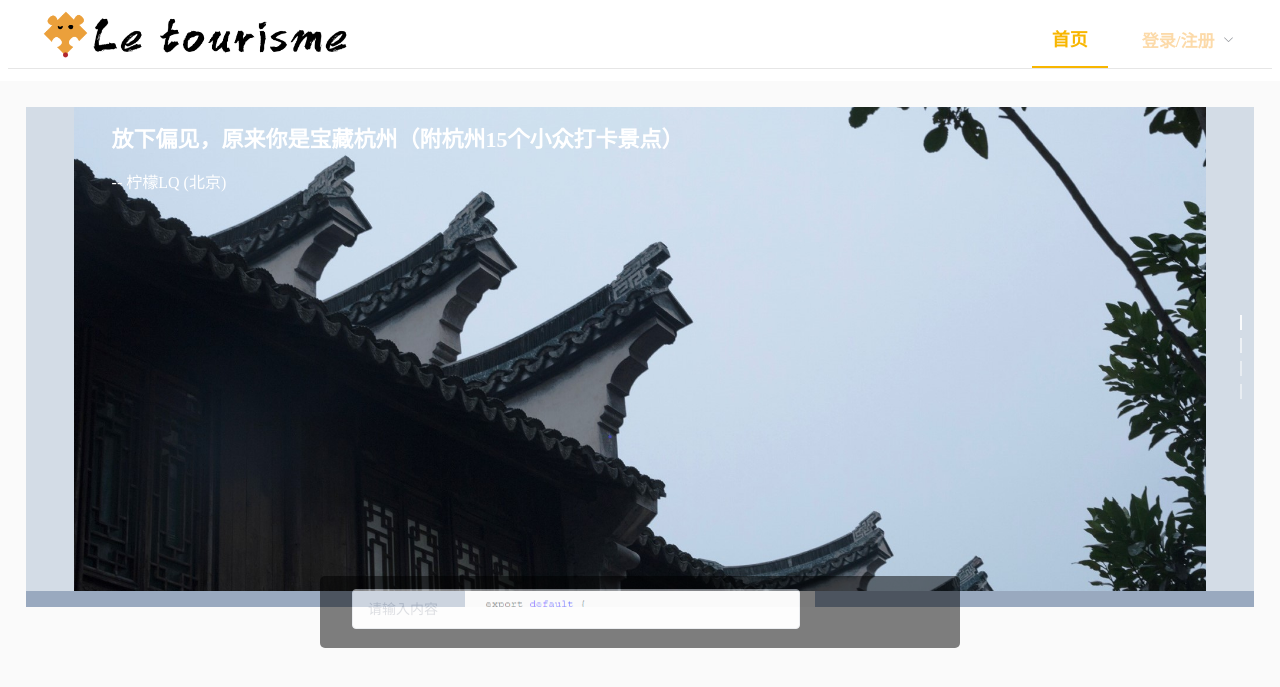
Repository: linxuerou0129/2020.08.31
Page: /
An editor plug-in stored every save of this project. The page is shown before and after the next save, followed by the edit.
The browser window is 1280 px wide. The pictures show the whole page.
The page's requests for data from a server got no answer. The project was rebuilt for these pictures with package versions that can differ from the ones it lists, and the page was loaded fresh each time. No one was signed in, and anything a server would have sent is missing.

Above is the page before, as saved 2020-09-01 01:10:01.

### src/main.js

import ElementUI from 'element-ui' //新添加
import '../theme/index.css' //新添加，避免后期打包样式不同，要放在import App from './App';之前

import Vue from 'vue'
import App from './App.vue'
import router from './router'

Vue.use(ElementUI)   //新添加

import axios from 'axios'
axios.defaults.withCredentials = true;

Vue.config.productionTip = false

new Vue({
  router,
  render: h => h(App)
}).$mount('#app')

import VDistpicker from 'v-distpicker'
Vue.component('v-distpicker', VDistpicker);

### src/App.vue
<template>
<div id="app">
<el-menu :default-active="$route.path" class="el-menu-demo" mode="horizontal" @select="handleSelect" text-color="#FCDAA9" active-text-color="#f8b600" router>
  <img src="./assets/logo.png" width="55" class="logo">
  <img src="./assets/tittle.png" width="270">
  <el-menu-item index="/" class="head1"><strong>首页</strong></el-menu-item>
  <el-submenu class="head3" v-if="login" index="/Edit">
    <template slot="title">
      <el-avatar :src="circleUrl"></el-avatar>
    </template>
    <el-menu-item index="/Edit">
      我的设置
    </el-menu-item>
    <el-menu-item index="/Publish">
      发布游记
    </el-menu-item>
    <el-menu-item index="/Published">
      个人中心
    </el-menu-item>
    <el-menu-item index="/MyCollect">
      我的收藏
    </el-menu-item>
    <el-menu-item index="/Message">
      消息中心
    </el-menu-item>
    <el-menu-item  @click="logout">
      退出
    </el-menu-item>
  </el-submenu>
  <el-submenu v-if="!login"  class="head4" index=1>
    <template slot="title">
      <strong>登录/注册</strong>
    </template>
    <el-menu-item @click="dialogFormVisible = true">
      注册
    </el-menu-item>
    <el-menu-item @click="loginFormShow = true">
      登录
    </el-menu-item>
  </el-submenu>
</el-menu>
<router-view></router-view>
<el-dialog title="注册" :visible.sync="dialogFormVisible">
  <el-form :model="formZhuce"  ref="formZhuce" status-icon :rules="rules">
    <el-form-item
      prop="email"
      label="邮箱"
      :rules="[
        { required: true, message: '请输入邮箱地址', trigger: 'blur' },
        { type: 'email', message: '请输入正确的邮箱地址', trigger: ['blur', 'change'] }
      ]"
    >
      <el-input v-model="formZhuce.email"></el-input>
      <el-button size="mini" @click="submitEmail" round>获取验证码</el-button>
    </el-form-item>
    <el-form-item label="验证码" prop="check">
      <el-input v-model="formZhuce.check"></el-input>
    </el-form-item>
    <el-form-item label="用户昵称" prop="name">
      <el-input v-model="formZhuce.name"></el-input>
    </el-form-item>
    <el-form-item label="密码" prop="pass">
      <el-input type="password" v-model="formZhuce.pass" autocomplete="off"></el-input>
    </el-form-item>
    <el-form-item label="确认密码" prop="checkPass">
      <el-input type="password" v-model="formZhuce.checkPass" autocomplete="off"></el-input>
    </el-form-item>
    <el-form-item>
      <el-button type="primary" @click="submitForm('formZhuce')">注册</el-button>
      <el-button @click="dialogFormVisible = false">取消</el-button>
    </el-form-item>
  </el-form>
</el-dialog>
<el-dialog title="登录" :visible.sync="loginFormShow">
  <el-form :model="formLogin"  ref="formLogin" status-icon :rules="rules">
    <el-form-item
      prop="email"
      label="邮箱"
      :rules="[
        { required: true, message: '请输入邮箱地址', trigger: 'blur' },
        { type: 'email', message: '请输入正确的邮箱地址', trigger: ['blur', 'change'] }
      ]"
    >
      <el-input v-model="formLogin.email"></el-input>
    </el-form-item>
    <el-form-item label="密码" prop="pass">
      <el-input type="password" v-model="formLogin.pass" autocomplete="off"></el-input>
    </el-form-item>
    <el-form-item>
      <a href="/Forget">忘记密码</a>
    </el-form-item>
    <el-form-item>
      <el-button type="primary" @click="loginIt('formLogin')">登录</el-button>
      <el-button @click="loginFormShow= false">取消</el-button>
    </el-form-item>
  </el-form>
</el-dialog>
</div>
</template>
<style>
    .el-menu--horizontal>.el-submenu .el-submenu__title {
        font-size: 17px;
    }
</style>
<style scoped>
.avatar-uploader {
    border: 1px dashed black;
    border-radius: 6px;
    cursor: pointer;
    position: relative;
    overflow: hidden;
    width: 178px;
    height: 178px;
  }
  .avatar-uploader-icon {
    font-size: 28px;
    color: #8c939d;
    width: 178px;
    height: 178px;
    line-height: 178px;
    text-align: center;
  }
  .avatar {
    width: 178px;
    height: 178px;
    display: block;
  }
.logo{
  position: fixed;
  top: 1%;
  left: 3%;
}
.head1{
  position: relative;
  left: 81%;
  font-size: 18px;
}
.head3{
  position: fixed;
  right:4.5%;
  top: 1.3%;
  font-size: 18px;
}
.head4{
  position: fixed;
  right: 2%;
  top: 1.5%;
  font-size: 18px!important;
}
</style>

<script>
import { Message } from 'element-ui';
import axios from 'axios'
export default {
    data() {
       var validatePass = (rule, value, callback) => {
        if (value === '') {
          callback(new Error('请输入密码'));
        } else {
          if (this.formZhuce.checkPass !== '') {
            this.$refs.formZhuce.validateField('checkPass');
          }
          callback();
        }
      };
      var validatePass2 = (rule, value, callback) => {
        if (value === '') {
          callback(new Error('请再次输入密码'));
        } else if (value !== this.formZhuce.pass) {
          callback(new Error('两次输入密码不一致!'));
        } else {
          callback();
        }
      };
      return {
        circleUrl: "http://106.75.157.168:5657/api/static/touxiang.png",
        activeIndex: '1',
        activeIndex2: '1',
        login:false,
        dialogFormVisible:false,
        loginFormShow:false,
        setFormShow:false,
        formZhuce: {
          email:'',
          pass:'',
          checkPass:'',
          name:'',
          check:''
        },
        formLogin:{
          email:'',
          pass:''
        },
        imageUrl: '',
        rules: {
          pass: [
            { validator: validatePass, trigger: 'blur' }
          ],
          checkPass: [
            { validator: validatePass2, trigger: 'blur' }
          ],
          check:[
            { required: true, message: '请输入验证码', trigger: 'blur'},
            { min: 4, max: 4, message: '长度为4个字符', trigger: 'blur' }
          ],
          name:[
            { required: true, message: '请输入用户昵称', trigger: 'blur' },
            { min: 4, max: 16, message: '长度在 4 到 16 个字符', trigger: 'blur' }
          ],
        }
      };
    },
    methods: {
      handleSelect(key, keyPath) {
        console.log(key, keyPath);
      },
      submitForm(formName) {
        this.$refs[formName].validate((valid) => {
          if (valid) {
              axios.post('http://106.75.157.168:5657/api/register', {
                register_email: this.formZhuce.email,
                register_name:this.formZhuce.name,
                register_password:this.formZhuce.pass,
                register_code:this.formZhuce.check
              })
            .then((response) =>{
              console.log(response.data);
              if(response.data.status=="success"){
                this.dialogFormVisible = false;
                Message.success('注册成功');
              }
              else{
                Message.error(response.data.status)
              }
            })
            .catch(function (error) {
              console.log(error);
            });
          }
          else {
            console.log('error submit!!');
            return false;
          }
        });
      },
      submitEmail(){
        var reg = /^[a-zA-Z0-9]+@[a-z0-9]{2,5}\.[a-z]{2,3}(\.[a-z]{2,3})?$/;
        var result = reg.test(this.formZhuce.email);
        if(this.formZhuce.email==''){
          this.$message({
                    message: '邮箱不可为空',
                    type: 'warning'
                });
        }
        else if(!result){
          this.$message({
                    message: '邮箱输入有误',
                    type: 'warning'
                });
        }
        else{
          axios.post('http://106.75.157.168:5657/api/send_email', {
              email: this.formZhuce.email,
              type:6
            })
          .then((response)=> {
            console.log(response.data);
            Message.success('发送成功，请注意查收')
          })
          .catch(function (error) {
            console.log(error);
          });
        }
      },
      loginIt(formName) {
        this.$refs[formName].validate((valid) => {
          if (valid) {
            axios.post('http://106.75.157.168:5657/api/login_user', {
                login_id: this.formLogin.email,
                login_password:this.formLogin.pass
              })
            .then((response) =>{
              console.log(response.data);
              if(response.data.status=="success"){
                this.loginFormShow=false;
                this.login=true;
                Message.success('登录成功');
                location.href="/";
              }
              else{
                Message.error('登录失败，请重新登录');
              }
            })
            .catch(function (error) {
              console.log(error);
            });
          }
          else {
            console.log('error submit!!');
            return false;
          }
        });
      },
      logout(){
        axios.get('http://106.75.157.168:5657/api/logout_user')
            .then((response)=>{
              console.log(response.data);
              this.login=false;
              location.href="/";
              Message.success('退出成功');
            })
            .catch(function(error){
                console.log(error);
            });
      },
    },
    watch:{
      login:function(val,oldVal){
           if(val==true){
             axios({
              url:'http://106.75.157.168:5657/api/getinfo2',
	            method: 'get'
            })
            .then((response)=>{
                 console.log(response.data);
                this.circleUrl="http://106.75.157.168:5657/api"+response.data.头像;
            })
            .catch(function(error){
                console.log(error);
            });
           }
        }
    },
    mounted(){
      axios({
            url:'http://106.75.157.168:5657/api/getinfo2',
	            method: 'get'
            })
            .then((response)=>{
                 console.log(response.data);
                this.login=true
                this.circleUrl="http://106.75.157.168:5657/api"+response.data.头像;
                console.log("http://106.75.157.168:5657/api"+response.data.头像)
            })
            .catch(function(error){
                console.log(error);
            });
    }
  }
</script>

### src/router/index.js
import Vue from 'vue'
import VueRouter from 'vue-router'
import Home from '../views/Home.vue'

Vue.use(VueRouter)

  const routes = [
  {
    path: '/',
    name: 'Home',
    component: Home
  },
  {
    path: '/Edit',
    name: 'Edit',
    component: () => import(/* webpackChunkName: "about" */ '../views/Edit.vue')
  },
  {
    path: '/Published',
    name: 'Published',
    component: () => import(/* webpackChunkName: "about" */ '../views/Published.vue')
  },
  {
    path: '/MyCollect',
    name: 'MyCollect',
    component: () => import(/* webpackChunkName: "about" */ '../views/MyCollect.vue')
  },
  {
    path: '/Message',
    name: 'Message',
    component: () => import(/* webpackChunkName: "about" */ '../views/Message.vue')
  },
  {
    path: '/Forget',
    name: 'Forget',
    component: () => import(/* webpackChunkName: "about" */ '../views/Forget.vue')
  },
  {
    path: '/Publish',
    name: 'Publish',
    component: () => import(/* webpackChunkName: "about" */ '../views/Publish.vue')
  },
  {
    path: '/Show',
    name: 'Show',
    component: () => import(/* webpackChunkName: "about" */ '../views/Show.vue')
  },
  {
    path: '/Search',
    name: 'Search',
    component: () => import(/* webpackChunkName: "about" */ '../views/Search.vue')
  },
]

const router = new VueRouter({
  mode: 'history',
  base: process.env.BASE_URL,
  routes
})

export default router

### src/views/Home.vue
<template>
  <div class="content">
    <div class="carousel">
      <el-carousel :interval="5000" direction="vertical" height="500px">
      <el-carousel-item>
        <div class="head">
          <strong>放下偏见，原来你是宝藏杭州（附杭州15个小众打卡景点）</strong>
          <p style="font-size: 16px;">-- 柠檬LQ (北京) </p>
        </div>
        <img class="photo" src="../assets/test1.jpg">
      </el-carousel-item>
      <el-carousel-item>
        <img class="photo" src="../assets/1.png">
      </el-carousel-item>
      <el-carousel-item>
      </el-carousel-item>
      <el-carousel-item>
      </el-carousel-item>
    </el-carousel>
    </div>
    <div class="search">
      <el-input
        placeholder="请输入内容"
        v-model="input"
        clearable class="input">
        <el-button type="primary" icon="el-icon-search"></el-button>
      </el-input>
    </div>
  </div>
</template>

<script>
// @ is an alias to /src
export default {
  data(){
        return{
            input:''
        }
    },
}
</script>

<style scoped>
.input{
  width: 70%;
  left: 5%;
  top: 18%;
}
.search{
  position:fixed;
  height: 10%;
  width: 50%;
  background-color: black;
  z-index: 9999;
  opacity: 50%;
  top: 80%;
  left: 25%;
  border-radius: 5px;
   display: -webkit-flex; /* Safari */
  display: flex;
    flex-direction: row;
}
.photo{
  z-index: 9;
  width: auto;
  height: 100%;
  display: table;
            margin: 0 auto;
}
.head{
  z-index: 999;
    position: absolute;
  color: white;
  font-size: 22px;
  left: 7%;
  top: 6%;
}
.carousel{
  position: relative;
  top: 4%;
  width: 96%;
  left: 2%;
  z-index: 9;
}
.content{
    width: 100%;
   top: 11.3%;

    bottom:0;

    position:fixed;

    overflow-y:scroll;

    overflow-x:hidden;
  right: 0;
  background-color:#FAFAFA;
}
.el-carousel__item h3 {
    color: #475669;
    font-size: 18px;
    opacity: 0.75;
    line-height: 300px;
    margin: 0;
  }
  .el-carousel__item:nth-child(2n) {
    background-color: #99a9bf;
  }

  .el-carousel__item:nth-child(2n+1) {
    background-color: #d3dce6;
  }
</style>

Loaded but not shown: public/index.html (common file); theme/index.css (library)

After the next save:
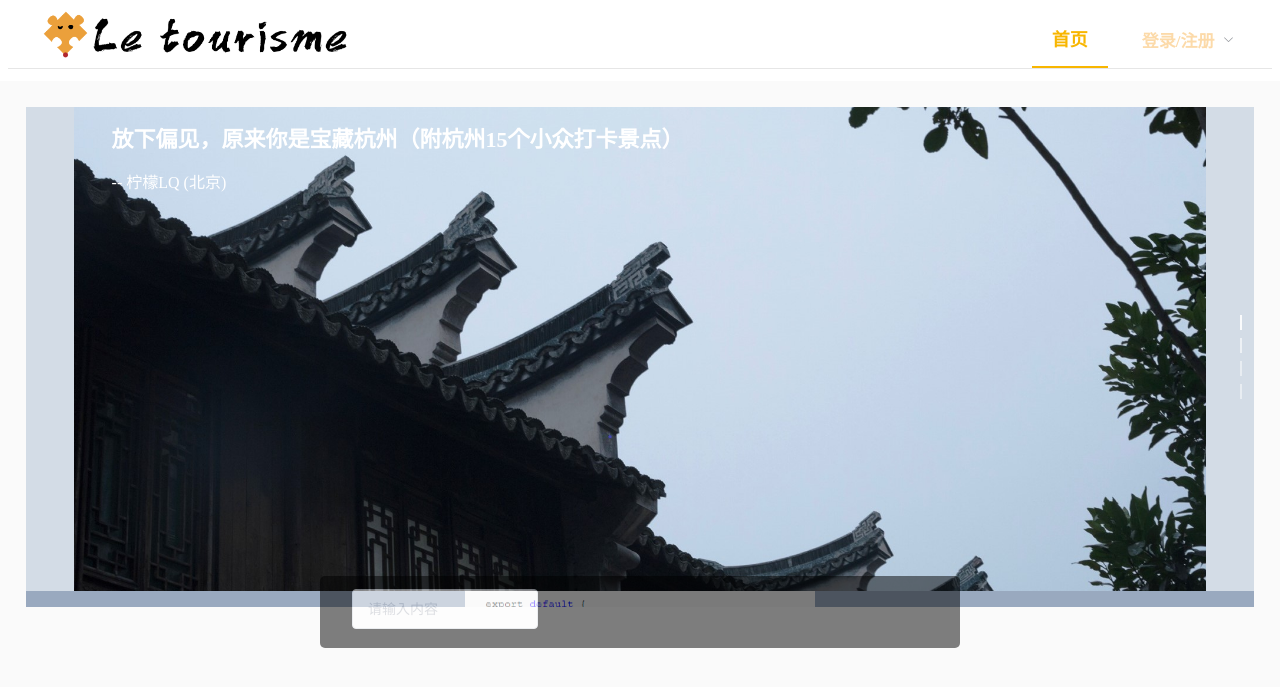
Saved 37 s later.
--- a/src/views/Home.vue
+++ b/src/views/Home.vue
@@ -42,7 +42,7 @@ export default {
 
 <style scoped>
 .input{
-  width: 70%;
+  width: 29%;
   left: 5%;
   top: 18%;
 }
